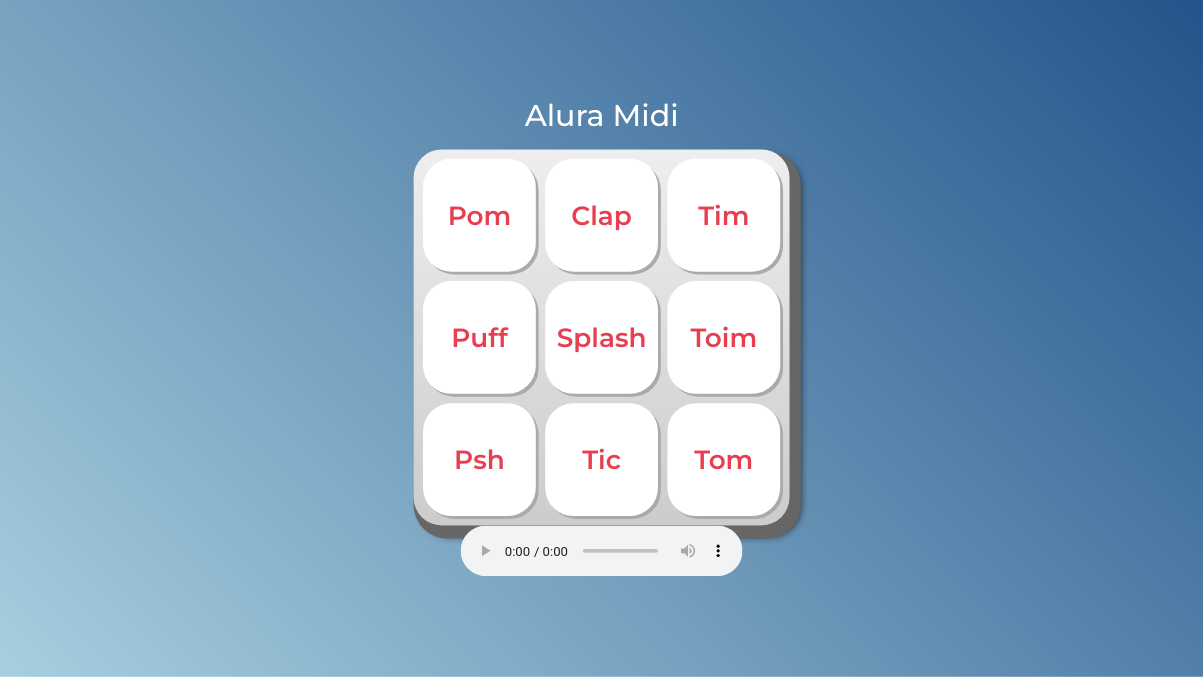
Repository: raphaanunes/codigos
Page: Cursos JavaScript/JavaScript para Web Crie paginas dinamicas/aluramidi-curso-arquivos-iniciais/index.html
These files come from the project's save history. The page is drawn as it stood at one moment and after the next save; the edit follows.
The browser window is 1280 px wide. The pictures show the whole page, at 94% of full size.

Above is the page before, as saved 2024-08-11 16:14:20.

### Cursos JavaScript/JavaScript para Web Crie paginas dinamicas/aluramidi-curso-arquivos-iniciais/index.html
<!DOCTYPE html>
<html lang="pt-BR">
<head>
    <meta charset="UTF-8">
    <meta http-equiv="X-UA-Compatible" content="IE=edge">
    <meta name="viewport" content="width=device-width, initial-scale=1.0">

    <title>Alura MIDI</title>

    <link rel="preconnect" href="https://fonts.googleapis.com">
    <link rel="preconnect" href="https://fonts.gstatic.com" crossorigin>
    <link href="https://fonts.googleapis.com/css2?family=Montserrat:wght@500;600&display=swap" rel="stylesheet">

    <link rel="icon" type="image/png" href="images/bateria.png">
    <link rel="stylesheet" href="css/reset.css">
    <link rel="stylesheet" href="css/estilos.css">

</head>
<body>

    <h1>Alura Midi</h1>

    <section class="teclado">
        <button class="tecla tecla_pom">Pom</button>
        <button class="tecla tecla_clap">Clap</button>
        <button class="tecla tecla_tim">Tim</button>

        <button class="tecla tecla_puff">Puff</button>
        <button class="tecla tecla_splash">Splash</button>
        <button class="tecla tecla_toim">Toim</button>

        <button class="tecla tecla_psh">Psh</button>
        <button class="tecla tecla_tic">Tic</button>
        <button class="tecla tecla_tom">Tom</button>
    </section>

    <audio controls src="sounds/keyq.wav" id="som_tecla_pom"></audio>
    <audio src="sounds/keyw.wav" id="som_tecla_clap"></audio>
    <audio src="sounds/keye.wav" id="som_tecla_tim"></audio>
    <audio src="sounds/keya.wav" id="som_tecla_puff"></audio>
    <audio src="sounds/keys.wav" id="som_tecla_splash"></audio>
    <audio src="sounds/keyd.wav" id="som_tecla_toim"></audio>
    <audio src="sounds/keyz.wav" id="som_tecla_psh"></audio>
    <audio src="sounds/keyx.wav" id="som_tecla_tic"></audio>
    <audio src="sounds/keyc.wav" id="som_tecla_tom"></audio>

</body>
</html>

### Cursos JavaScript/JavaScript para Web Crie paginas dinamicas/aluramidi-curso-arquivos-iniciais/css/estilos.css
:root {
  --cinza: #aaa;
  --vermelha: #e93d50;
  --vermelha-escura: #af303f;
  --branca: #fff;
  --luz: rgb(229, 255, 0);
}

body {
  align-items: center;
  background: linear-gradient(45deg, #a7cfdf 0%,#23538a 100%);
  display: flex;
  justify-content: center;
  flex-direction: column;
  font-family: 'Montserrat', sans-serif;
  min-height: 100vh;
}

h1 {
  color: var(--branca);
  margin-bottom: 20px;
  font-size: 2rem;
}

.teclado {
  background: linear-gradient(to bottom, #eeeeee 0%,#cccccc 100%);
  box-shadow: 6px 8px 0 6px #666, 10px 10px 10px #000;
  border-radius: 30px;
  display: grid;
  gap: 10px;
  grid-template-columns: repeat(3, 1fr);
  padding: 10px;
}

.tecla {
  background-color: var(--branca);
  border-radius: 30px;
  box-shadow: 3px 3px 0 var(--cinza);
  color: var(--vermelha);
  cursor: pointer;
  height: 120px;
  font-size: 1.75em;
  font-weight: bold;
  line-height: 120px;
  text-align: center;
  width: 120px;
}

.tecla.ativa,
.tecla:active {
  background-color: var(--vermelha);
  border: 4px solid  var(--vermelha);
  box-shadow: 3px 3px 0 var(--vermelha-escura) inset;
  color: var(--branca);
  outline: none;
}

.tecla.focus,
.tecla:focus {
  outline: none;
  box-shadow: 1px 1px 10px var(--luz);
}

.tecla.active:focus,
.tecla:active:focus {
  box-shadow: 3px 3px 0 var(--vermelha-escura) inset, 1px 1px 10px var(--luz);
}

Loaded but not shown: Cursos JavaScript/JavaScript para Web Crie paginas dinamicas/aluramidi-curso-arquivos-iniciais/css/reset.css (common file)

After the next save:
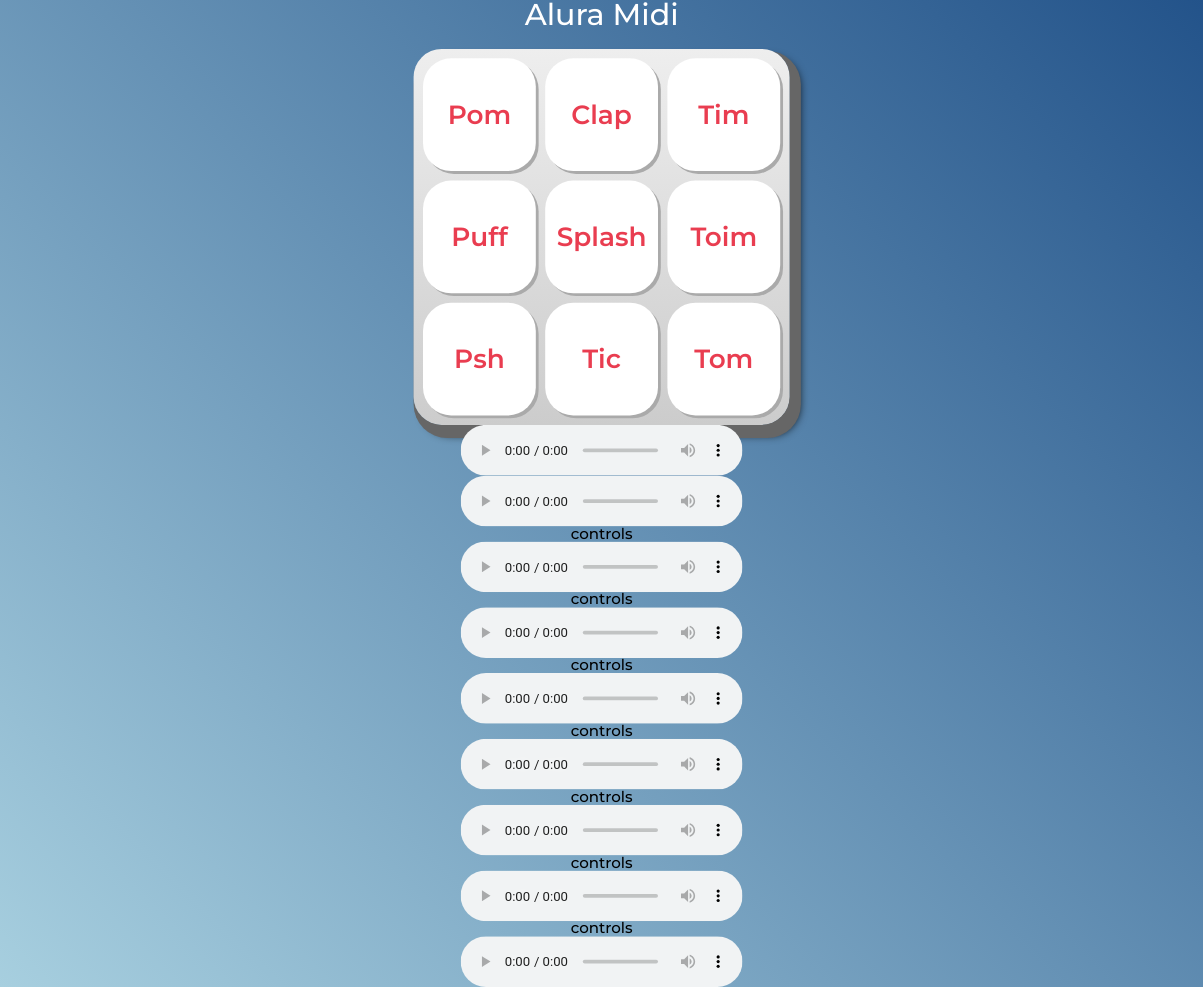
Saved 60 s later.
--- a/Cursos JavaScript/JavaScript para Web Crie paginas dinamicas/aluramidi-curso-arquivos-iniciais/index.html
+++ b/Cursos JavaScript/JavaScript para Web Crie paginas dinamicas/aluramidi-curso-arquivos-iniciais/index.html
@@ -35,14 +35,14 @@
     </section>
 
     <audio controls src="sounds/keyq.wav" id="som_tecla_pom"></audio>
-    <audio src="sounds/keyw.wav" id="som_tecla_clap"></audio>
-    <audio src="sounds/keye.wav" id="som_tecla_tim"></audio>
-    <audio src="sounds/keya.wav" id="som_tecla_puff"></audio>
-    <audio src="sounds/keys.wav" id="som_tecla_splash"></audio>
-    <audio src="sounds/keyd.wav" id="som_tecla_toim"></audio>
-    <audio src="sounds/keyz.wav" id="som_tecla_psh"></audio>
-    <audio src="sounds/keyx.wav" id="som_tecla_tic"></audio>
-    <audio src="sounds/keyc.wav" id="som_tecla_tom"></audio>
+    <audio controls src="sounds/keyw.wav" id="som_tecla_clap"></audio>controls
+    <audio controls src="sounds/keye.wav" id="som_tecla_tim"></audio>controls
+    <audio controls src="sounds/keya.wav" id="som_tecla_puff"></audio>controls
+    <audio controls src="sounds/keys.wav" id="som_tecla_splash"></audio>controls
+    <audio controls src="sounds/keyd.wav" id="som_tecla_toim"></audio>controls
+    <audio controls src="sounds/keyz.wav" id="som_tecla_psh"></audio>controls
+    <audio controls src="sounds/keyx.wav" id="som_tecla_tic"></audio>controls
+    <audio controls src="sounds/keyc.wav" id="som_tecla_tom"></audio>
 
 </body>
 </html>
